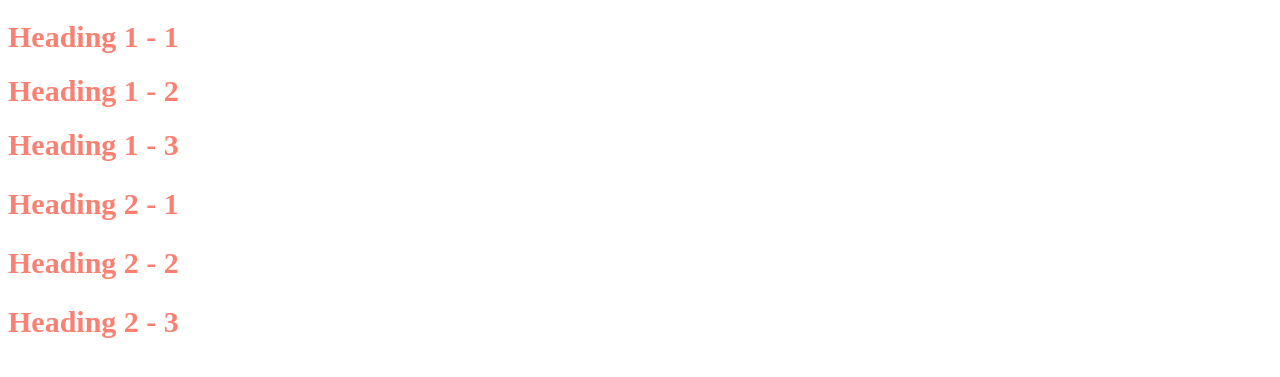
Repository: alcarrizo/Cartoon-Hero
Page: style-test.html
These files come from the project's save history. The page is drawn as it stood at one moment and after the next save; the edit follows.
The browser window is 1280 px wide. The pictures show the whole page.

Above is the page before, as saved 2022-10-03 14:12:47.

### style-test.html
<!DOCTYPE html>
<html lang="en">
<head>
    <meta charset="UTF-8">
    <meta http-equiv="X-UA-Compatible" content="IE=edge">
    <meta name="viewport" content="width=device-width, initial-scale=1.0">
    <title>style-test page</title>
</head>
<body>
    <h1 style="font-size: 30px; color: salmon">Heading 1 - 1</h1>
    <h1 style="font-size: 30px; color: salmon">Heading 1 - 2</h1>
    <h1 style="font-size: 30px; color: salmon">Heading 1 - 3</h1>
    <h2 style="font-size: 30px; color: salmon">Heading 2 - 1</h2>
    <h2 style="font-size: 30px; color: salmon">Heading 2 - 2</h2>
    <h2 style="font-size: 30px; color: salmon">Heading 2 - 3</h2>

</body>
</html>

After the next save:
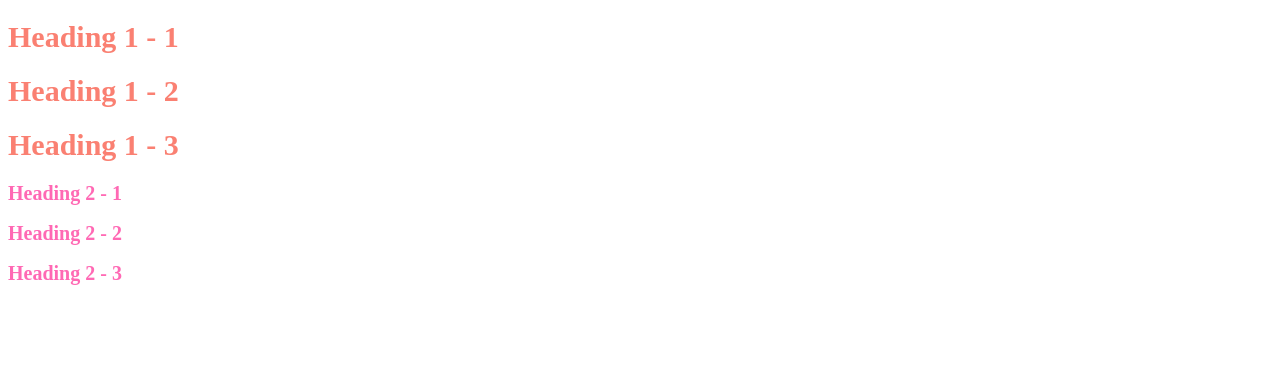
Saved 28 s later.
--- a/style-test.html
+++ b/style-test.html
@@ -10,9 +10,9 @@
     <h1 style="font-size: 30px; color: salmon">Heading 1 - 1</h1>
     <h1 style="font-size: 30px; color: salmon">Heading 1 - 2</h1>
     <h1 style="font-size: 30px; color: salmon">Heading 1 - 3</h1>
-    <h2 style="font-size: 30px; color: salmon">Heading 2 - 1</h2>
-    <h2 style="font-size: 30px; color: salmon">Heading 2 - 2</h2>
-    <h2 style="font-size: 30px; color: salmon">Heading 2 - 3</h2>
+    <h2 style="font-size: 20px; color: hotpink">Heading 2 - 1</h2>
+    <h2 style="font-size: 20px; color: hotpink">Heading 2 - 2</h2>
+    <h2 style="font-size: 20px; color: hotpink">Heading 2 - 3</h2>
 
 </body>
 </html>
